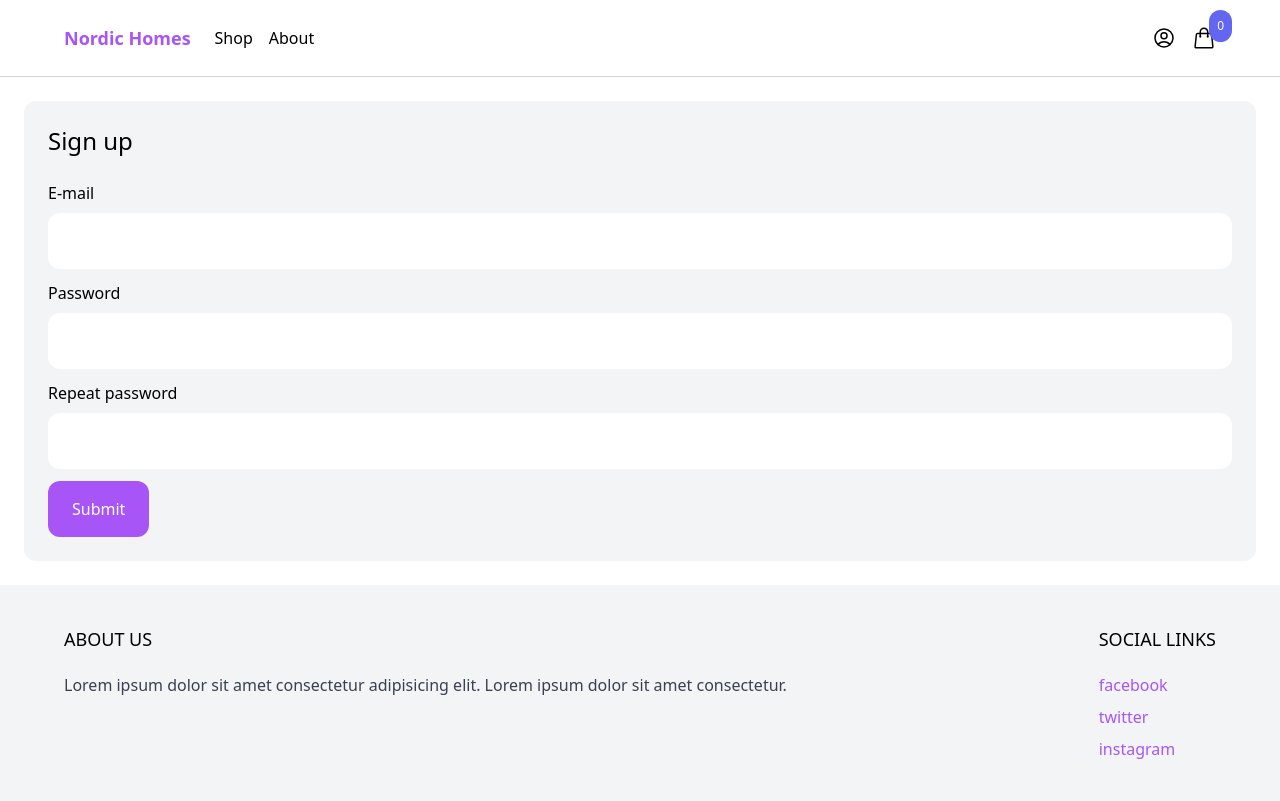
Repository: Calin224/NordicHomes
Page: core/templates/core/signup.html
The author's editor kept a copy of each file at every save. The page is drawn from the files as they stood at one save, then again after the next save.
The browser window is 1280 px wide. The pictures show the whole page.
Some web libraries are served in a nearby version. The template is drawn by Django 4.2. The application's start-up code is not run. Other server files are loaded and not shown. The template is opened directly, without the code that normally fills it, so the values that code supplies are empty.

Above is the page before, as saved 2023-02-15 21:40:52.

### core/templates/core/signup.html
{% extends 'core/base.html' %}

{% block content %}

<div class="max-2-lg mx-auto flex flex-wrap p-6">
    <div class="w-full bg-gray-100 p-6 rounded-xl">
        <h1 class="mb-6 text-2xl">Sign up</h1>

        <form action="." method="post" class="space-y-3">
            <div>
                <label for="">E-mail</label>
                <input type="email" class="w-full mt-2 py-4 px-6 bg-white rounded-xl focus:outline-none">
            </div>

            <div>
                <label for="">Password</label>
                <input type="password" class="w-full mt-2 py-4 px-6 bg-white rounded-xl focus:outline-none">
            </div>

            <div>
                <label for="">Repeat password</label>
                <input type="password" class="w-full mt-2 py-4 px-6 bg-white rounded-xl focus:outline-none">
            </div>

            <div>
                <button class="py-4 px-6 rounded-xl text-white bg-purple-500 hover:bg-purple-700">Submit</button>
            </div>
        </form>
    </div>
</div>

{% endblock content %}

### core/templates/core/base.html
<!DOCTYPE html>
<html lang="en">

<head>
    <meta charset="UTF-8">
    <meta name="viewport" content="width=device-width, initial-scale=1.0">
    <script src="https://cdn.tailwindcss.com"></script>
</head>

<body>
    <nav class="border-b border-gray-300">
        <div class="max-w-6xl mx-auto py-2 px-6 xl:px-0 flex items-center justify-between">
            <div class="menu-left flex items-center space-x-6">
                <a href="{% url 'frontpage' %}" class="py-4 text-lg text-purple-500 font-semibold">Nordic Homes</a>

                <ul class="flex items-center space-x-4">
                    <li><a href="{% url 'shop' %}">Shop</a></li>
                    <li><a href="#">About</a></li>
                </ul>
            </div>

            <div class="menu-right flex items-center space-x-4">
                <a href="#">
                    <svg xmlns="http://www.w3.org/2000/svg" fill="none" viewBox="0 0 24 24" stroke-width="1.5"
                        stroke="currentColor" class="w-6 h-6">
                        <path stroke-linecap="round" stroke-linejoin="round"
                            d="M17.982 18.725A7.488 7.488 0 0012 15.75a7.488 7.488 0 00-5.982 2.975m11.963 0a9 9 0 10-11.963 0m11.963 0A8.966 8.966 0 0112 21a8.966 8.966 0 01-5.982-2.275M15 9.75a3 3 0 11-6 0 3 3 0 016 0z" />
                    </svg>

                </a>

                {% include 'cart/menu_cart.html' %}
            </div>
        </div>
    </nav>

    <main>
        {% block content %}{% endblock content %}
    </main>

    <footer class="bg-gray-100">
        <div class="max-w-6xl mx-auto py-10 px-6 xl:px-0 md:flex justify-between">
            <div class="footer-left mb-12 md:mb-0">
                <h2 class="mb-5 uppercase text-lg">about us</h2>
                <p class="text-gray-700">Lorem ipsum dolor sit amet consectetur adipisicing elit. Lorem ipsum dolor sit
                    amet consectetur.</p>
            </div>

            <div class="footer-right">
                <h2 class="mb-5 uppercase text-lg">social links</h2>
                <ul class="space-y-2">
                    <li><a href="#" class="text-purple-500 hover:text-purple-800">facebook</a></li>
                    <li><a href="#" class="text-purple-500 hover:text-purple-800">twitter</a></li>
                    <li><a href="#" class="text-purple-500 hover:text-purple-800">instagram</a></li>
                </ul>
            </div>
        </div>
    </footer>

    <script src="https://unpkg.com/htmx.org@1.8.5"></script>
</body>

</html>

### cart/templates/cart/menu_cart.html
<a href="#" id="menu-cart-button" class="relative">
    <svg xmlns="http://www.w3.org/2000/svg" fill="none" viewBox="0 0 24 24" stroke-width="1.5"
        stroke="currentColor" class="w-6 h-6">
        <path stroke-linecap="round" stroke-linejoin="round"
            d="M15.75 10.5V6a3.75 3.75 0 10-7.5 0v4.5m11.356-1.993l1.263 12c.07.665-.45 1.243-1.119 1.243H4.25a1.125 1.125 0 01-1.12-1.243l1.264-12A1.125 1.125 0 015.513 7.5h12.974c.576 0 1.059.435 1.119 1.007zM8.625 10.5a.375.375 0 11-.75 0 .375.375 0 01.75 0zm7.5 0a.375.375 0 11-.75 0 .375.375 0 01.75 0z" />
    </svg>
    <span class="p-2 absolute -top-4 -right-4 bg-indigo-500 text-white text-xs rounded-full">{{cart|length}}</span>
</a>

After the next save:
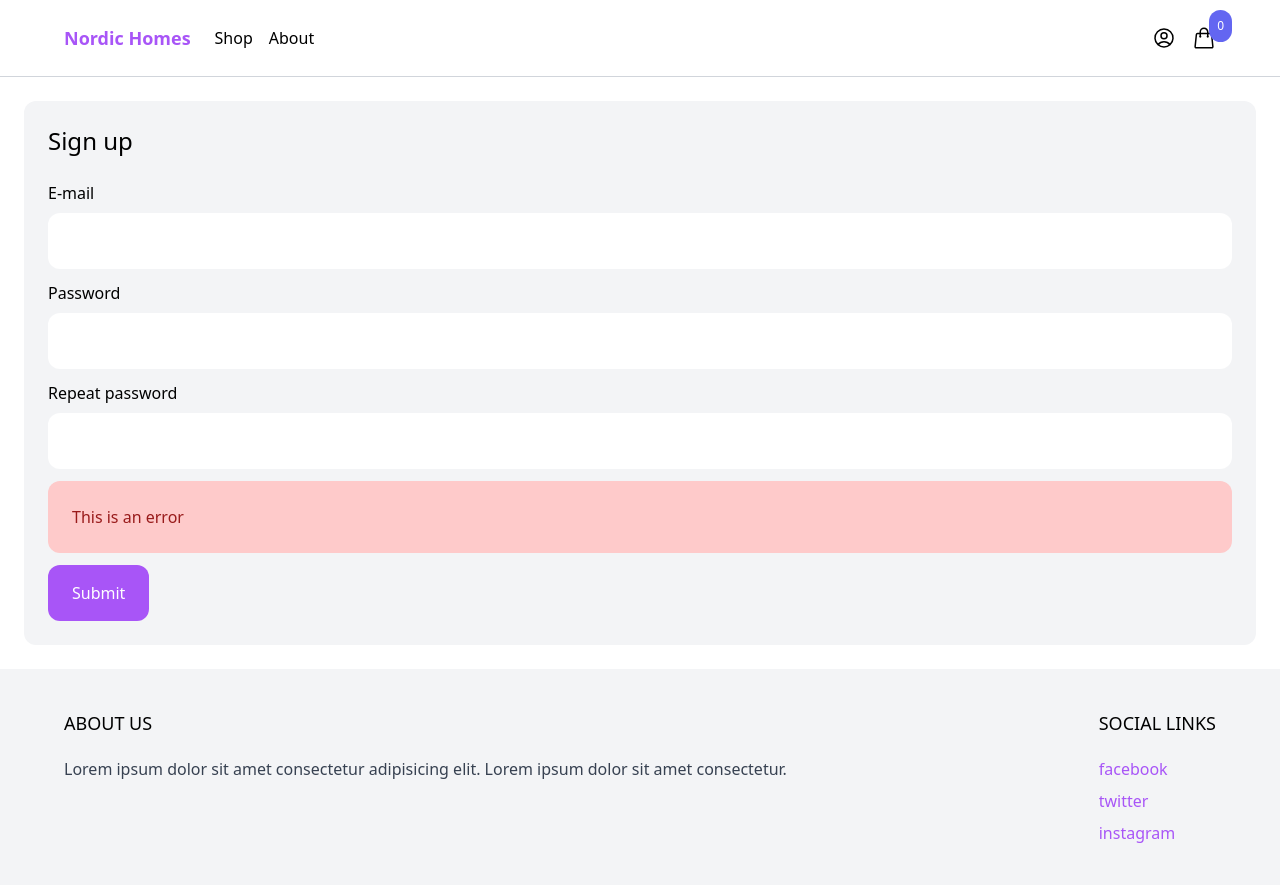
Saved 39 s later.
--- a/core/templates/core/signup.html
+++ b/core/templates/core/signup.html
@@ -22,6 +22,10 @@
                 <input type="password" class="w-full mt-2 py-4 px-6 bg-white rounded-xl focus:outline-none">
             </div>
 
+            <div class="p-6 bg-red-200 text-red-800 rounded-xl">
+                <p>This is an error</p>
+            </div>
+
             <div>
                 <button class="py-4 px-6 rounded-xl text-white bg-purple-500 hover:bg-purple-700">Submit</button>
             </div>
